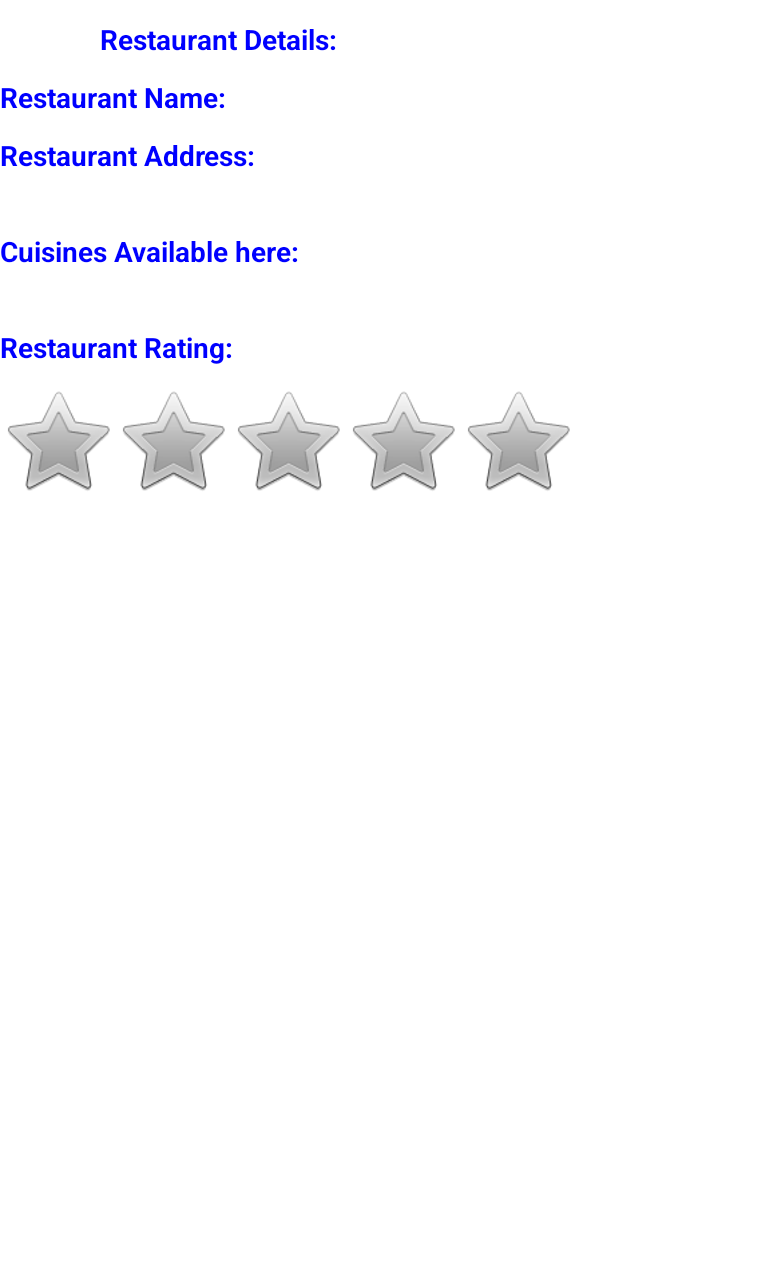
Repository: Mihir-Webonise/AllAndroidAssignments
Layout: ZomatoAssignment/res/layout/restaurantdetails.xml
An editor plug-in stored every save of this project. The layout is shown before and after the next save, followed by the edit.
It is drawn on a 768 x 1280 px phone screen (xhdpi) without system bars, with theme android:Theme; the app's code is not run.

Above is the layout before, as saved 2012-06-29 13:18:21.

### ZomatoAssignment/res/layout/restaurantdetails.xml
<?xml version="1.0" encoding="utf-8"?>
<LinearLayout xmlns:android="http://schemas.android.com/apk/res/android"
    android:layout_width="match_parent"
    android:layout_height="match_parent"
    android:background="@android:color/white"
    android:orientation="vertical"
    android:color="#ffff0000" >

    <TextView
        android:id="@+id/textViewRestaurantDetailslbl"
        android:layout_width="wrap_content"
        android:layout_height="wrap_content"
        android:layout_marginLeft="50dp"
        android:layout_marginTop="10dp"
        android:text="Restaurant Details: "
        android:textColor="#0000ff"
        android:textStyle="bold" />

    <LinearLayout
        android:layout_width="fill_parent"
        android:layout_height="wrap_content"
        android:orientation="horizontal" >

        <TextView
            android:id="@+id/textViewRestaurantNamelbl"
            android:layout_width="wrap_content"
            android:layout_height="wrap_content"
            android:layout_marginTop="10dp"
            android:text="Restaurant Name: "
            android:textColor="#0000ff"
            android:textStyle="bold" />

        <TextView
            android:id="@+id/textViewRestaurantNamevalue"
            android:layout_width="wrap_content"
            android:layout_height="wrap_content"
            android:text=""
            android:textColor="#ff0000"
            android:textStyle="bold" />
    </LinearLayout>

    <TextView
        android:id="@+id/textViewRestaurantAddresslbl"
        android:layout_width="wrap_content"
        android:layout_height="wrap_content"
        android:layout_marginTop="10dp"
        android:text="Restaurant Address: "
        android:textColor="#0000ff"
        android:textStyle="bold" />

    <TextView
        android:id="@+id/textViewRestaurantAddressvalue"
        android:layout_width="wrap_content"
        android:layout_height="wrap_content"
        android:text=""
        android:textColor="#ff0000"
        android:textStyle="bold" />

    <TextView
        android:id="@+id/textViewRestaurantCuisineslbl"
        android:layout_width="wrap_content"
        android:layout_height="wrap_content"
        android:layout_marginTop="10dp"
        android:text="Cuisines Available here: "
        android:textColor="#0000ff"
        android:textStyle="bold" />

    <TextView
        android:id="@+id/textViewRestaurantCuisinesvalue"
        android:layout_width="wrap_content"
        android:layout_height="wrap_content"
        android:text=""
        android:textColor="#ff0000"
        android:textStyle="bold" />

    <LinearLayout
        android:layout_width="fill_parent"
        android:layout_height="wrap_content"
        android:orientation="horizontal" >

        <TextView
            android:id="@+id/textViewRestaurantRatinglbl"
            android:layout_width="wrap_content"
            android:layout_height="wrap_content"
            android:layout_marginTop="10dp"
            android:text="Restaurant Rating: "
            android:textColor="#0000ff"
            android:textStyle="bold" />

        <TextView
            android:id="@+id/textViewRestaurantRatingvalue"
            android:layout_width="wrap_content"
            android:layout_height="wrap_content"
            android:text=""
            android:textColor="#ff0000"
            android:textStyle="bold" />
    </LinearLayout>

    <RatingBar
        android:id="@+id/restaurantRatingBar"
        android:layout_width="wrap_content"
        android:layout_height="wrap_content"
        android:layout_marginTop="10dp"
        android:numStars="5"
        android:stepSize="1.0" />

</LinearLayout>

After the next save:
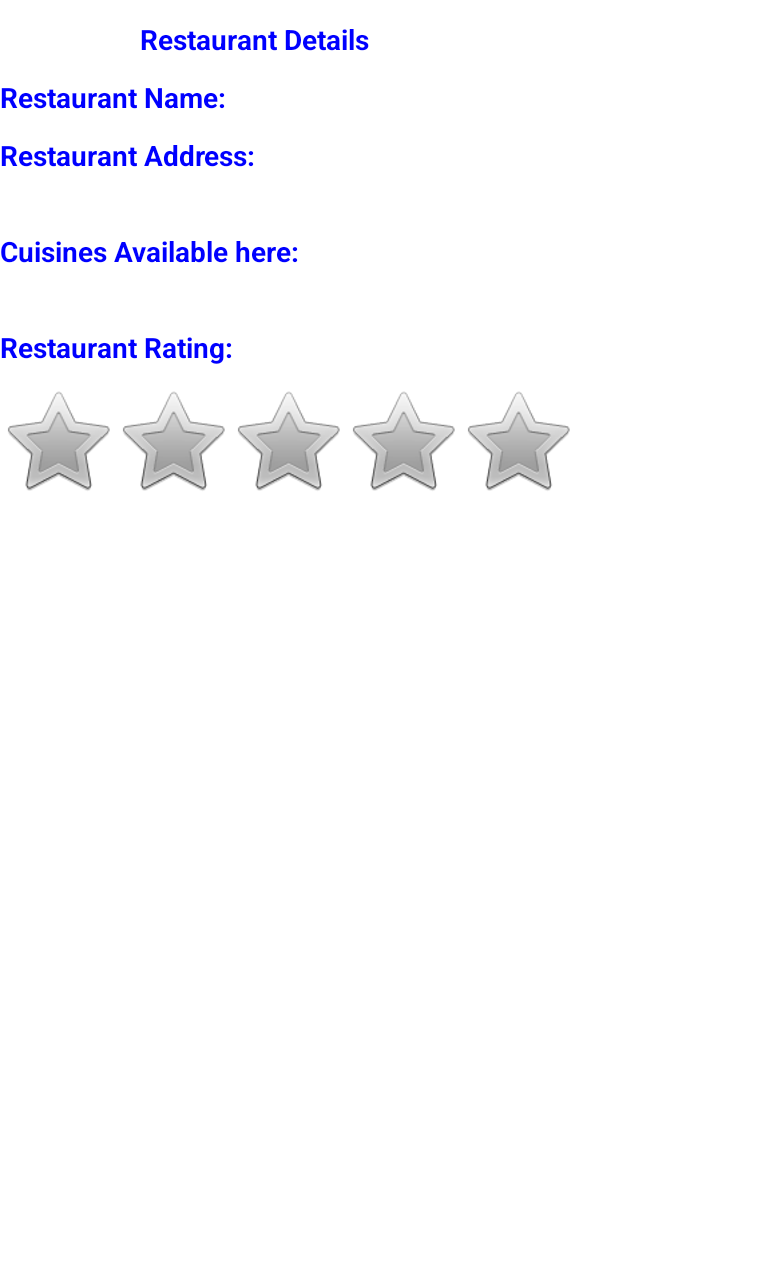
Saved 50 s later.
--- a/ZomatoAssignment/res/layout/restaurantdetails.xml
+++ b/ZomatoAssignment/res/layout/restaurantdetails.xml
@@ -10,9 +10,9 @@
         android:id="@+id/textViewRestaurantDetailslbl"
         android:layout_width="wrap_content"
         android:layout_height="wrap_content"
-        android:layout_marginLeft="50dp"
+        android:layout_marginLeft="70dp"
         android:layout_marginTop="10dp"
-        android:text="Restaurant Details: "
+        android:text="Restaurant Details "
         android:textColor="#0000ff"
         android:textStyle="bold" />
 
